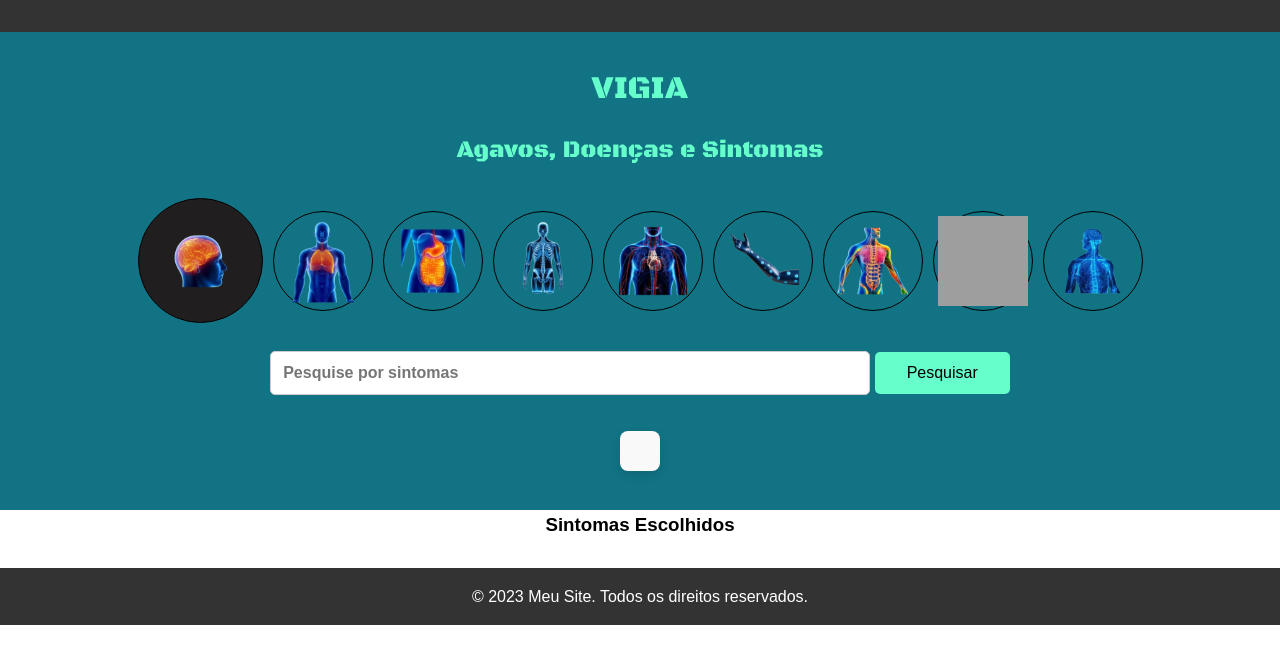
Repository: br-on/vigia
Page: index.html
An editor plug-in stored every save of this project. The page is shown before and after the next save, followed by the edit.
The browser window is 1280 px wide. The pictures show the whole page.
The pointer rests on the first visible `.grupo-sintoma`.
Pictures or frames that could not be fetched are drawn as grey boxes. Some web fonts or font styles are not loaded; a fallback is used.

Above is the page before, as saved 2024-09-15 16:26:35.

### index.html
<!DOCTYPE html>
<html lang="pt-br">
<head>
  <meta charset="UTF-8">
  <meta name="viewport" content="width=device-width, initial-scale=1.0">
  <title>IA VIGILÂNCIA</title>
  <link rel="stylesheet" href="assets/style/style.css">
</head>
<body>
  <nav>
  </nav>
  <header class="search">
    <h1 class="black-ops-one-regular">VIGIA</h1>
    <h2 class="black-ops-one-regular">Agavos, Doenças e Sintomas</h2>
    <div class="grupos-sintomas">
      <div class="grupo-sintoma"><img src="/assets/img/grupos/neurologico.png" alt=""></div>
      <div class="grupo-sintoma"><img src="assets/img/grupos/respiratorio.png" alt=""></div>
      <div class="grupo-sintoma"><img src="assets/img/grupos/digestivo.png" alt=""></div>
      <div class="grupo-sintoma"><img src="assets/img/grupos/musculoesqueletico.png" alt=""></div>
      <div class="grupo-sintoma"><img src="assets/img/grupos/cardiaco.png" alt=""></div>
      <div class="grupo-sintoma"><img src="assets/img/grupos/dermatologico.png" alt=""></div>
      <div class="grupo-sintoma"><img src="assets/img/grupos/infecciosofebril.png" alt=""></div>
      <div class="grupo-sintoma"><img src="assets/img/grupos/ginecologicocongenito.png" alt=""></div>
      <div class="grupo-sintoma"><img src="assets/img/grupos/gerais.png" alt=""></div>
    </div><br>
    <input type="text" placeholder="Pesquise por sintomas" class="electrolize-regular" id="campo-pesquisa">
    <button onclick="pesquisar()">Pesquisar</button>
    <br>
    <div id="resultados-pesquisa" class="resultado-pesquisa-sintomas"></div>
  </header>
  <main>
    <center><h3>Sintomas Escolhidos</h3></center>
    <div id="sintomas-escolhidos">

      <!-- Sintomas escolhidos serão exibidos aqui -->
    </div>
    <div id="resultados-doencas">
      <!-- Resultados das doenças serão exibidos aqui -->
    </div>
  </main>
  <footer>
    <p>&copy; 2023 Meu Site. Todos os direitos reservados.</p>
  </footer>

  <script src="assets/script/sintomas.js"></script>
  <script src="assets/script/data.js"></script>
  <script src="assets/script/app.js"></script>
</body>
</html>

### assets/style/style.css
/* style.css */
@import url('https://fonts.googleapis.com/css2?family=Black+Ops+One&display=swap');
@import url('https://fonts.googleapis.com/css2?family=Electrolize&display=swap');

.black-ops-one-regular {
  font-family: "Black Ops One", system-ui;
  font-weight: 400;
  font-style: normal;
}

.electrolize-regular {
  font-family: "Electrolize", sans-serif;
  font-weight: 600;
  font-style: normal;
}

/* Estilos globais */
* {
    margin: 0;
    padding: 0;
    box-sizing: border-box;
}

html, body {
    height: 100%;
    margin: 0;
}

body {
    font-family: Arial, sans-serif;
    line-height: 1.6;
    margin: 0;
    padding: 0;

}

header, nav, footer {
    background-color: #333;
    color: #fff;
    text-align: center;
    padding: 1rem;
}

main {
    flex: 1;
}

h1, h2 {
    color: #66ffcc;
    margin-bottom: 1rem;
}

/* Estilo para o formulário de pesquisa */
.search {
    text-align: center;
    padding: 2rem 1rem;
    background-color: #117383;
}

.search input[type="text"] {
    margin-top: 15px;
    width: 600px;
    padding: 0.75rem;
    margin-bottom: 1rem;
    border: 1px solid #ccc;
    border-radius: 5px;
    font-size: 1rem;
}

.search button {
    padding: 0.75rem 2rem;
    background-color: #66ffcc;
    color: #000;
    border: none;
    border-radius: 5px;
    cursor: pointer;
    font-size: 1rem;
}

.search button:hover {
    background-color: #29a67c;
    color: rgb(255, 255, 255);
}

/* Estilo para resultados */
.results {
    padding: 2rem;
    background-color: #fff;
    text-align: center;
}

/* Estilo do rodapé */

footer {
    background-color: #333;
    color: white;
    padding: 1rem;
    text-align: center;
    position: relative;
    bottom: 0;
    width: 100%;
}

/* Media Queries para telas menores */
@media (max-width: 768px) {
    .search input[type="text"] {
        width: 100%;
    }

    .search button {
        width: 100%;
        margin-top: 1rem;
    }
}

@media (max-width: 480px) {
    h1 {
        font-size: 2rem;
    }

    h2 {
        font-size: 1.5rem;
    }

    footer {
        font-size: 0.9rem;
    }
}

/* Container principal dos resultados */
#resultados-pesquisa {

    max-height: 80vh; /* Limita a altura para que os resultados não ocupem a tela inteira */
    overflow-y: auto; /* Ativa a barra de rolagem vertical */
    padding: 20px;
    margin-top: 20px;
    border-radius: 8px;
    box-shadow: 0px 4px 10px rgba(0, 0, 0, 0.1); /* Sombra suave */
    background-color: #f9f9f9; /* Fundo claro */
}

/* Estilo dos itens de resultado */
.item-resultado {
    border: 1px solid #e0e0e0; /* Borda leve ao redor do item */
    border-radius: 8px; /* Bordas arredondadas */
    padding: 20px; /* Espaçamento interno */
    margin-bottom: 20px; /* Espaçamento entre os itens */
    background-color: #fff; /* Fundo branco para o item */
    box-shadow: 0px 4px 8px rgba(0, 0, 0, 0.05); /* Sombra leve */
    transition: transform 0.3s ease, box-shadow 0.3s ease; /* Transição suave */
}

/* Efeito hover nos itens */
.item-resultado:hover {
    transform: translateY(-5px); /* Eleva o item ao passar o mouse */
    box-shadow: 0px 6px 12px rgba(0, 0, 0, 0.15); /* Aumenta a sombra ao passar o mouse */
}

/* Título do item */
.item-resultado h2 {
    font-size: 1.8rem;
    margin-bottom: 10px;
    color: #333; /* Cor mais escura para o título */
    font-weight: bold;
}

/* Subtítulos (Descrição, Sintomas, etc.) */
.item-resultado h4 {
    font-size: 1.2rem;
    margin-top: 15px;
    margin-bottom: 8px;
    color: #555; /* Cor intermediária */
}

/* Texto descritivo */
.item-resultado .descricao-meta {
    font-size: 1rem;
    line-height: 1.5; /* Facilita a leitura */
    color: #666; /* Cor do texto */
    margin-bottom: 15px;
}

/* Links */
.item-resultado a {
    font-size: 1rem;
    color: #007bff; /* Cor azul padrão */
    text-decoration: none;
}

.item-resultado a:hover {
    text-decoration: underline; /* Sublinha ao passar o mouse */
}

/* Barra de rolagem estilizada */
#resultados-pesquisa::-webkit-scrollbar {
    width: 8px;
}

#resultados-pesquisa::-webkit-scrollbar-thumb {
    background-color: #888;
    border-radius: 10px;
}

#resultados-pesquisa::-webkit-scrollbar-thumb:hover {
    background-color: #555;
}


/* Adicione isto ao seu arquivo CSS */
#filtros-sintomas {
    width: 90%;
    margin: 0 auto; /* Centraliza a div horizontalmente */
    display: flex;
    flex-wrap: wrap; /* Faz com que os itens quebrem para a linha seguinte */
    gap: 10px; /* Espaço entre os itens */
    box-sizing: border-box;
}

#filtros-sintomas label {
    display: flex;
    align-items: center;
    margin-right: 10px; /* Espaço entre os labels */

}


.sintoma-item {
    padding: 10px;
    margin: 5px 0;
    border-radius: 5px;
    cursor: pointer;
    margin: 2px;
}

.sintoma-item:hover {
    opacity: 0.8;
}

#sintomas-escolhidos {
    display: inline-flex;
    flex-wrap: wrap;
    margin-top: 20px;
}

.sintoma-escolhido {
    background-color: #d4edda; /* Cor de fundo verde clara */
    border: 1px solid #c3e6cb;
    padding: 10px;
    margin: 5px 0;
    border-radius: 5px;
}

.resultado-pesquisa-sintomas {
    display: inline-flex;
    flex-wrap: wrap;
    align-items: center;
    justify-content: center;
}

.grupos-sintomas {
    display: inline-flex;
    flex-wrap: wrap;
    justify-content: center;
    align-items: center;
    min-height: 150px;
}

.grupo-sintoma {
    display: flex;
    justify-content: center;
    align-items: center;
    border: solid 1px black;
    margin: 5px;
    width: 100px;
    height: 100px;
    border-radius: 50%;
}

.grupo-sintoma:hover {
    height: 125px;
    width: 125px;
    transition: 0.5s;
    cursor: pointer;
    background-color: #201e1e;
}

.grupo-sintoma img {
    width: 90px;
    height: 90px;
}

.grupo-sintoma img:hover {
    height: 125px;
    width: 125px;
    transition: 0.5s;
    cursor: pointer;
}

### assets/script/app.js
document.addEventListener('DOMContentLoaded', function() {
    // Carregar sintomas iniciais (se necessário)
});

function pesquisar() {
    let campoPesquisa = document.getElementById("campo-pesquisa").value.toLowerCase();
    let resultadosSintomasDiv = document.getElementById("resultados-pesquisa");
    resultadosSintomasDiv.innerHTML = ""; // Limpar resultados anteriores

    // Filtra sintomas que correspondem ao texto digitado
    let sintomasEncontrados = dataSintomas.filter(sintoma =>
        sintoma.titulo_sintoma.toLowerCase().includes(campoPesquisa) ||
        sintoma.grupo_sintoma.toLowerCase().includes(campoPesquisa)
    );

    // Exibir sintomas encontrados
    sintomasEncontrados.forEach(sintoma => {
        let divSintoma = document.createElement('div');
        divSintoma.className = 'sintoma-item';
        divSintoma.style.backgroundColor = getRandomColor(); // Função para cor de fundo aleatória
        divSintoma.textContent = sintoma.titulo_sintoma;
        divSintoma.addEventListener('click', () => adicionarSintomaEscolhido(sintoma));
        resultadosSintomasDiv.appendChild(divSintoma);
    });
}

function adicionarSintomaEscolhido(sintoma) {
    let sintomasEscolhidosDiv = document.getElementById("sintomas-escolhidos");
    let divEscolhido = document.createElement('div');
    divEscolhido.className = 'sintoma-escolhido';
    divEscolhido.textContent = sintoma.titulo_sintoma;
    sintomasEscolhidosDiv.appendChild(divEscolhido);

    // Remover o sintoma da lista de sintomas encontrados
    let sintomaItems = document.querySelectorAll('#resultados-pesquisa .sintoma-item');
    sintomaItems.forEach(item => {
        if (item.textContent === sintoma.titulo_sintoma) {
            item.remove();
        }
    });

    // Opcional: Se quiser mostrar as doenças relacionadas, chame uma função aqui
    mostrarDoencasRelacionadas();
}

function mostrarDoencasRelacionadas() {
    let sintomasEscolhidosDiv = document.getElementById("sintomas-escolhidos");
    let sintomasEscolhidos = Array.from(sintomasEscolhidosDiv.children).map(div => div.textContent);

    let resultadosDoencasDiv = document.getElementById("resultados-doencas");
    resultadosDoencasDiv.innerHTML = ""; // Limpar resultados anteriores

    dataDoencas.forEach(doenca => {
        let sintomasDoenca = doenca.sintomas.toLowerCase().split(',').map(s => s.trim());
        let correspondeSintomas = sintomasEscolhidos.every(s => sintomasDoenca.includes(s.toLowerCase()));

        if (correspondeSintomas) {
            resultadosDoencasDiv.innerHTML += `
                <div class="item-resultado">
                    <h2 class="black-ops-one-regular">${doenca.titulo}</h2>
                    <h4 class="electrolize-regular">Descrição</h4>
                    <p class="descricao-meta">${doenca.descricao}</p>
                    <h4 class="electrolize-regular">Sintomas</h4>
                    <p class="descricao-meta">${doenca.sintomas}</p>
                    <h4 class="electrolize-regular">Prevenção</h4>
                    <p class="descricao-meta">${doenca.prevencao}</p>
                    <h4 class="electrolize-regular">Tratamento</h4>
                    <p class="descricao-meta">${doenca.tratamento}</p>
                    <a href="${doenca.link}" target="_blank">${doenca.link}</a>
                </div>
            `;
        }
    });
}

// Função para gerar cor aleatória
function getRandomColor() {
    const letters = '0123456789ABCDEF';
    let color = '#';
    for (let i = 0; i < 6; i++) {
        color += letters[Math.floor(Math.random() * 16)];
    }
    return color;
}

Loaded but not shown: assets/script/data.js (373 lines, source omitted); assets/script/sintomas.js (470 lines, source omitted)

After the next save:
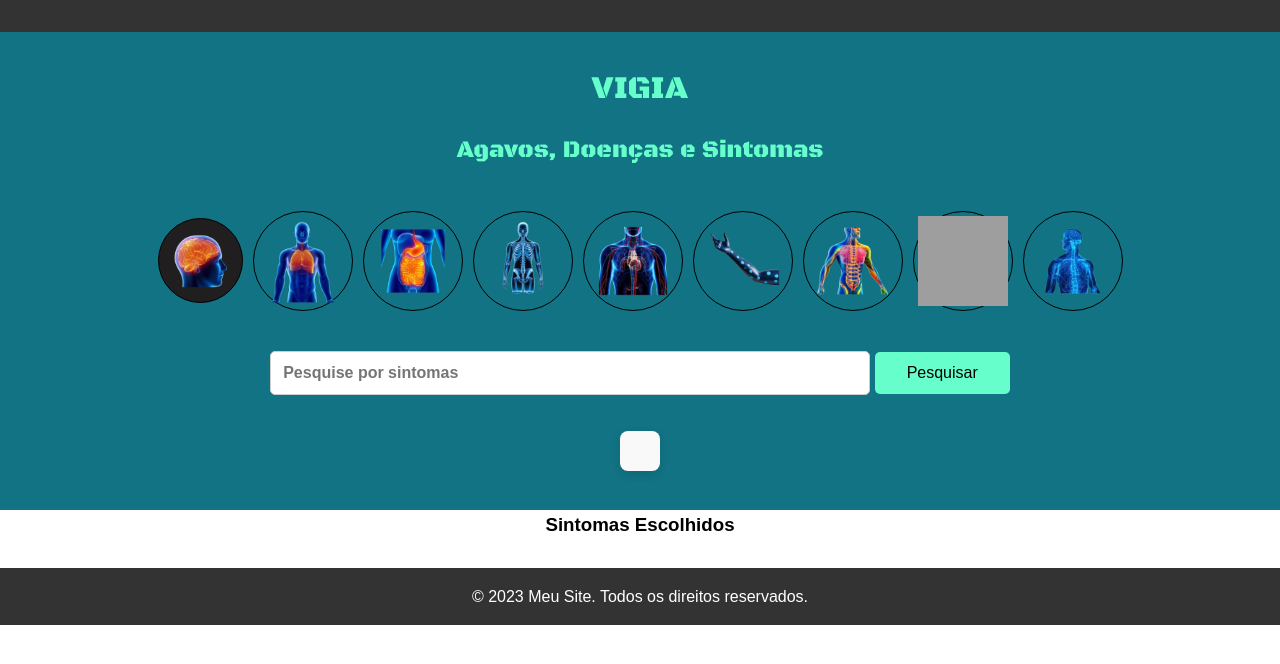
Saved 11 s later.
--- a/assets/style/style.css
+++ b/assets/style/style.css
@@ -277,8 +277,8 @@ footer {
 }
 
 .grupo-sintoma:hover {
-    height: 125px;
-    width: 125px;
+    height: 85px;
+    width: 85px;
     transition: 0.5s;
     cursor: pointer;
     background-color: #201e1e;
